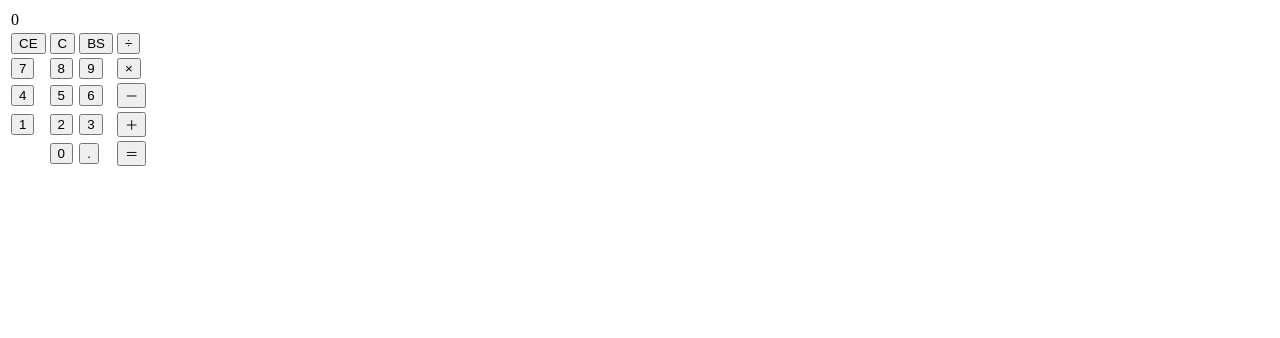
Repository: water-case/Servlet_JSP_JSPMVC
Page: workspace/JSPPrj/src/main/webapp/calc3.html
The author's editor kept a copy of each file at every save. The page is drawn from the files as they stood at one save, then again after the next save.
The browser window is 1280 px wide. The pictures show the whole page.

Above is the page before, as saved 2021-08-26 03:51:53.

After the next save:
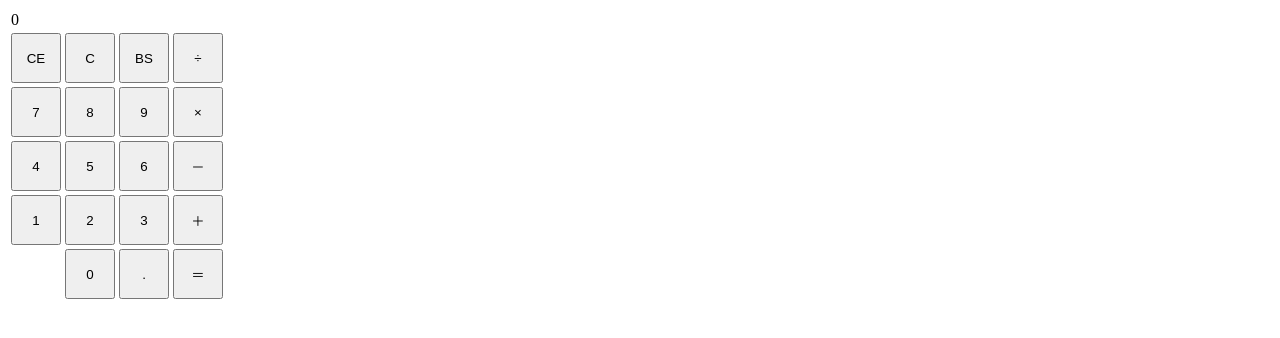
Saved 40 s later.
--- a/workspace/JSPPrj/src/main/webapp/calc3.html
+++ b/workspace/JSPPrj/src/main/webapp/calc3.html
@@ -3,6 +3,12 @@
 <head>
 <meta charset="UTF-8">
 <title>Insert title here</title>
+<style>
+	input{
+		width:50px;
+		height: 50px;
+	}
+</style>
 </head>
 <body>
 	<div>
